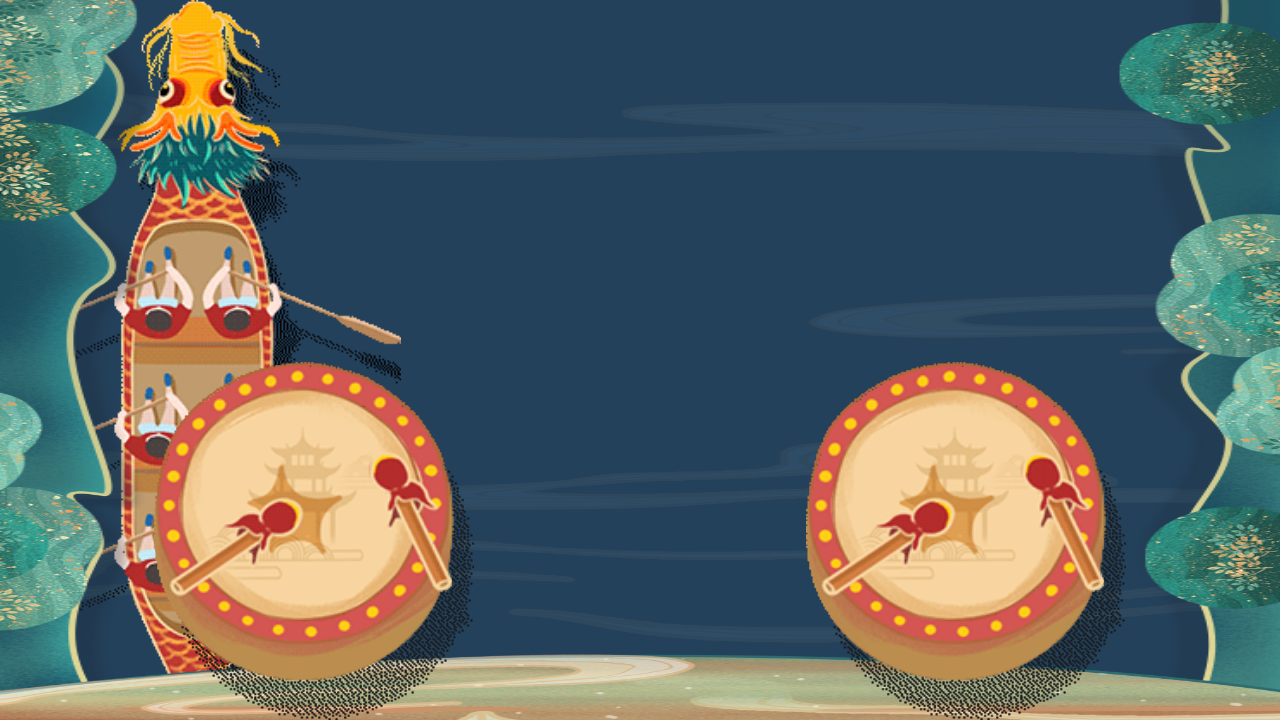
Repository: liushiwei151/hhl_dragon_boat_festival
Page: /Game
The author's editor kept a copy of each file at every save. The page is drawn from the files as they stood at one save, then again after the next save.
The browser window is 1280 px wide. The pictures show the whole page.
An inner scrolling area shows only its first screen. The project was rebuilt for these pictures with package versions that can differ from the ones it lists, and the page was loaded fresh each time. Also part of the build but not shown: vue.config.js, src/views/Home.vue.

Above is the page before, as saved 2020-06-05 16:46:24.

### src/main.ts
import Vue from "vue";
import App from "./App.vue";
import router from "./router";
import { myCustom } from "./common/custom";

Vue.config.productionTip = false;

Vue.use(myCustom);

new Vue({
  router,
  render: h => h(App)
}).$mount("#app");

### src/common/custom.ts
/**
 * longTap 长按
 */

/* eslint-disable */
let myCustom: any = {};
let timeCounter: any;

function custom(Vue: any, options: any) {
  let timeNum = 0; //定时器计数
  let isLong = false; //长按标志

  Vue.directive("longTap", {
    bind(el: any, binding: any, vNode: any) {
      let pressTime = ~~binding.arg; //长按时常 毫秒
      if (!pressTime) {
        pressTime = 500;
      } //初始化默认时长
      // 确保提供的表达式是函数
      if (typeof binding.value !== "function") {
        // 获取组件名称
        const compName = vNode.context.name;
        // 将警告传递给控制台
        let error = `[longpress:] provided expression '${binding.expression}' is not a function`;
        if (compName) {
          error += `Found in component '${compName}' `;
        }
        console.error(error);
      }
      el.addEventListener("touchstart", (event: any) => {
        isLong = false;
        timeCounter = setTimeout(() => {
          isLong = true;
          console.log();
          binding.value(el.getBoundingClientRect());
        }, pressTime);
      });
      el.addEventListener("touchend", (event: any) => {
        clearInterval(timeCounter);
      });
    }
  });
}
myCustom = {
  install: custom
};
// myCustom.install = custom;
export { myCustom };

### src/components/tips.vue
<template>
  <div class="tips" v-show="val !== false">
    <span class="text" v-show="val !== 'wait'">{{ val }}</span>
    <div class="wait" v-show="val === 'wait'"></div>
  </div>
</template>

<script lang="ts">
import { Component, Vue, Prop } from "vue-property-decorator";
@Component({})
export default class Tips extends Vue {
  @Prop() val!: string | boolean;

  mounted(): void {
    // console.log(this.val === false);
  }
}
</script>

<style lang="less" scoped>
.tips {
  position: fixed;
  width: 100%;
  height: 100%;
  z-index: 9999;
  left: 0;
  top: 0;
  display: flex;
  justify-content: center;
  align-items: center;
  .wait {
    background: url(../assets/loading-2.gif) no-repeat;
    width: 10vw;
    height: 10vw;
    background-size: 100% 100%;
  }
  .text {
    background-color: rgba(0, 0, 0, 0.6);
    border-radius: 1vw;
    max-width: 90vw;
    padding: 2vw 5vw;
    color: #fff;
    word-break: break-all;
  }
}
</style>

### src/views/Game.vue
<template>
  <div class="game">
    <div class="gameBG"></div>
    <div class="fixedBG">
      <div
        class="leftDrum drum"
        @click="swichDrum(1)"
        v-longTap="leftLong"
        @touchend="handleTouchEnd"
        :style="{ backgroundImage: 'url(' + gdUrl + ')' }"
      >
        <div
          class="drum"
          :style="{ backgroundImage: 'url(' + imgUrl + ')' }"
        ></div>
      </div>
      <div
        class="leftDrum drum"
        @click="swichDrum(2)"
        v-longTap="rightLong"
        @touchend="handleTouchEnd"
        :style="{ backgroundImage: 'url(' + gdUrl + ')' }"
      >
        <div
          class="drum"
          :style="{ backgroundImage: 'url(' + imgUrl1 + ')' }"
        ></div>
      </div>
    </div>
    <div class="longzhou"></div>
  </div>
</template>

<script lang="ts">
import { Component, Vue, Inject } from "vue-property-decorator";
@Component({})
export default class Game extends Vue {
  @Inject()
  private isTip!: Function;

  imgName = "gu1";
  imgName1 = "gu1";
  gdName = "gu1";
  setInterObejct: any;
  setInterObejct1: any;

  get imgUrl(): string {
    const a = require("../assets/" + this.imgName + ".png");
    return a;
  }
  get imgUrl1(): string {
    const a = require("../assets/" + this.imgName1 + ".png");
    return a;
  }
  get gdUrl(): string {
    const a = require("../assets/" + this.gdName + ".png");
    return a;
  }

  swichDrum(e: number) {
    if (e === 1) {
      if (this.imgName === "gu1") {
        this.imgName = "gu2";
      } else {
        this.imgName = "gu1";
      }
    } else if (e === 2) {
      if (this.imgName1 === "gu1") {
        this.imgName1 = "gu2";
      } else {
        this.imgName1 = "gu1";
      }
    }
  }

  leftLong() {
    const self = this;
    this.setInterObejct = setInterval(() => {
      if (this.imgName === "gu1") {
        this.imgName = "gu2";
      } else {
        this.imgName = "gu1";
      }
    }, 200);
  }
  handleTouchEnd() {
    if (this.setInterObejct) {
      clearInterval(this.setInterObejct);
    }
    if (this.setInterObejct1) {
      clearInterval(this.setInterObejct1);
    }
  }
  rightLong() {
    const self = this;
    this.setInterObejct = setInterval(() => {
      if (this.imgName1 === "gu1") {
        this.imgName1 = "gu2";
      } else {
        this.imgName1 = "gu1";
      }
    }, 200);
  }
}
</script>

<style lang="less" scoped>
@bg100: {
  position: fixed;
  top: 0;
  left: 0;
  background-size: 100% 100%;
  width: 100%;
  height: 100%;
};
@keyframes scrollBG {
  0% {
    transform: translateY(0);
  }
  100% {
    transform: translateY(-50%);
  }
}
@keyframes play {
  from {
    background-position: 0 0;
  }
  to {
    background-position: 94vw 0;
  }
}
.game {
  width: 100%;
  height: 100%;
  .longzhou {
    background: url(../assets/long.png) no-repeat;
    background-size: 300% 100%;
    width: 31.333vw;
    height: 68.133vw;
    background-position: 0 0;
    // animation: play 1s steps(3) infinite;
  }
  .fixedBG {
    background: url(../assets/gameBG2.png) no-repeat;
    @bg100();
    display: flex;
    justify-content: space-between;
    align-items: flex-end;
    box-sizing: border-box;
    padding: 0 12vw;
    .drum {
      width: 25vw;
      height: 28vw;
      background-size: 100% 100%;
    }
    .leftDrum {
    }
    .rightDrum {
    }
  }
  .gameBG {
    background: url(../assets/gameBG.png);
    position: fixed;
    top: 0;
    left: 0;
    background-size: 100% 50%;
    width: 100%;
    height: 200%;
    z-index: -1;
    animation: scrollBG 4s linear infinite;
  }
}
</style>

Loaded but not shown: public/index.html (common file); src/App.vue (common file); src/router/index.ts (common file)

After the next save:
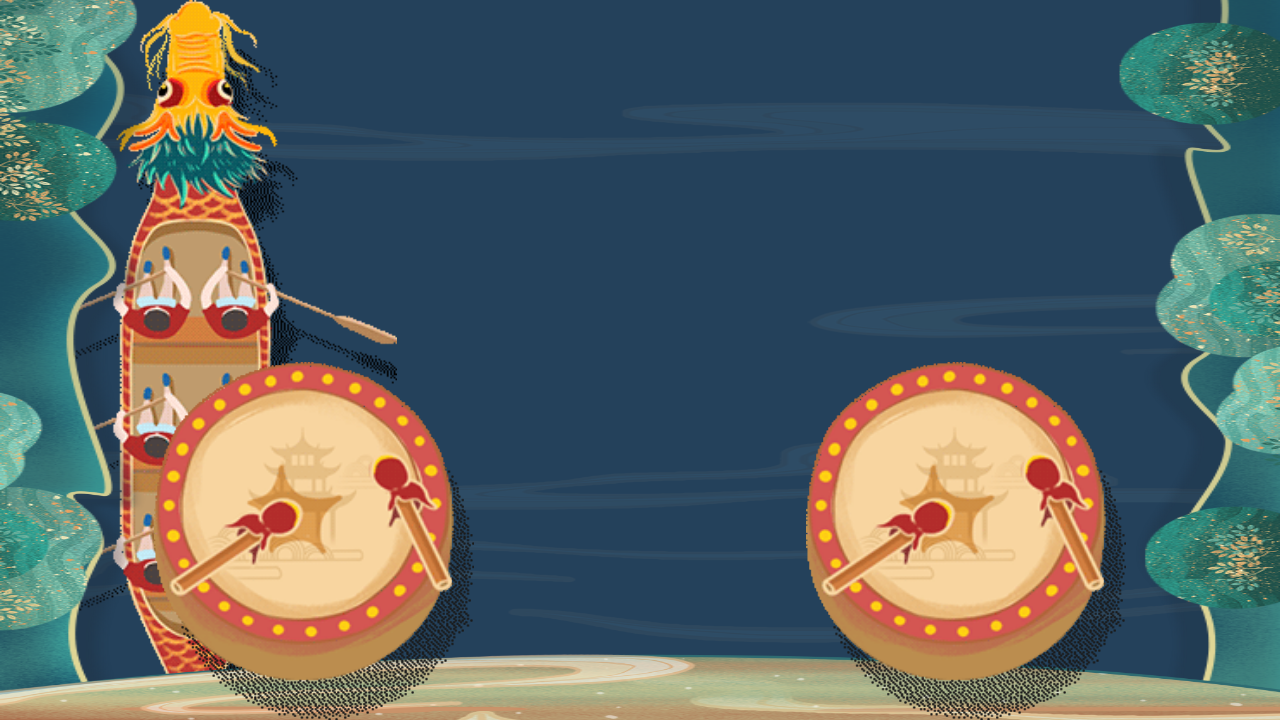
Saved 11 s later.
--- a/src/views/Game.vue
+++ b/src/views/Game.vue
@@ -135,7 +135,7 @@
   .longzhou {
     background: url(../assets/long.png) no-repeat;
     background-size: 300% 100%;
-    width: 31.333vw;
+    width: 31vw;
     height: 68.133vw;
     background-position: 0 0;
     // animation: play 1s steps(3) infinite;

After the save that followed:
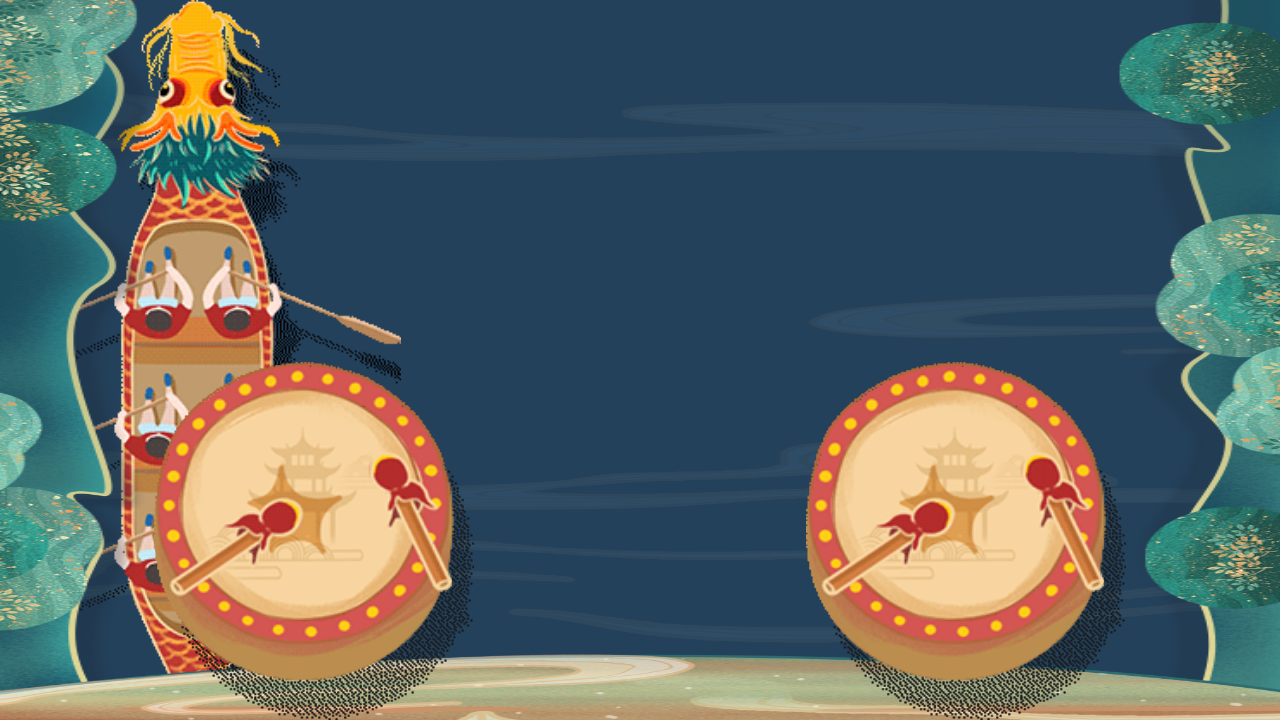
Saved 6 s later.
--- a/src/views/Game.vue
+++ b/src/views/Game.vue
@@ -135,7 +135,7 @@
   .longzhou {
     background: url(../assets/long.png) no-repeat;
     background-size: 300% 100%;
-    width: 31vw;
+    width: 31.333vw;
     height: 68.133vw;
     background-position: 0 0;
     // animation: play 1s steps(3) infinite;
